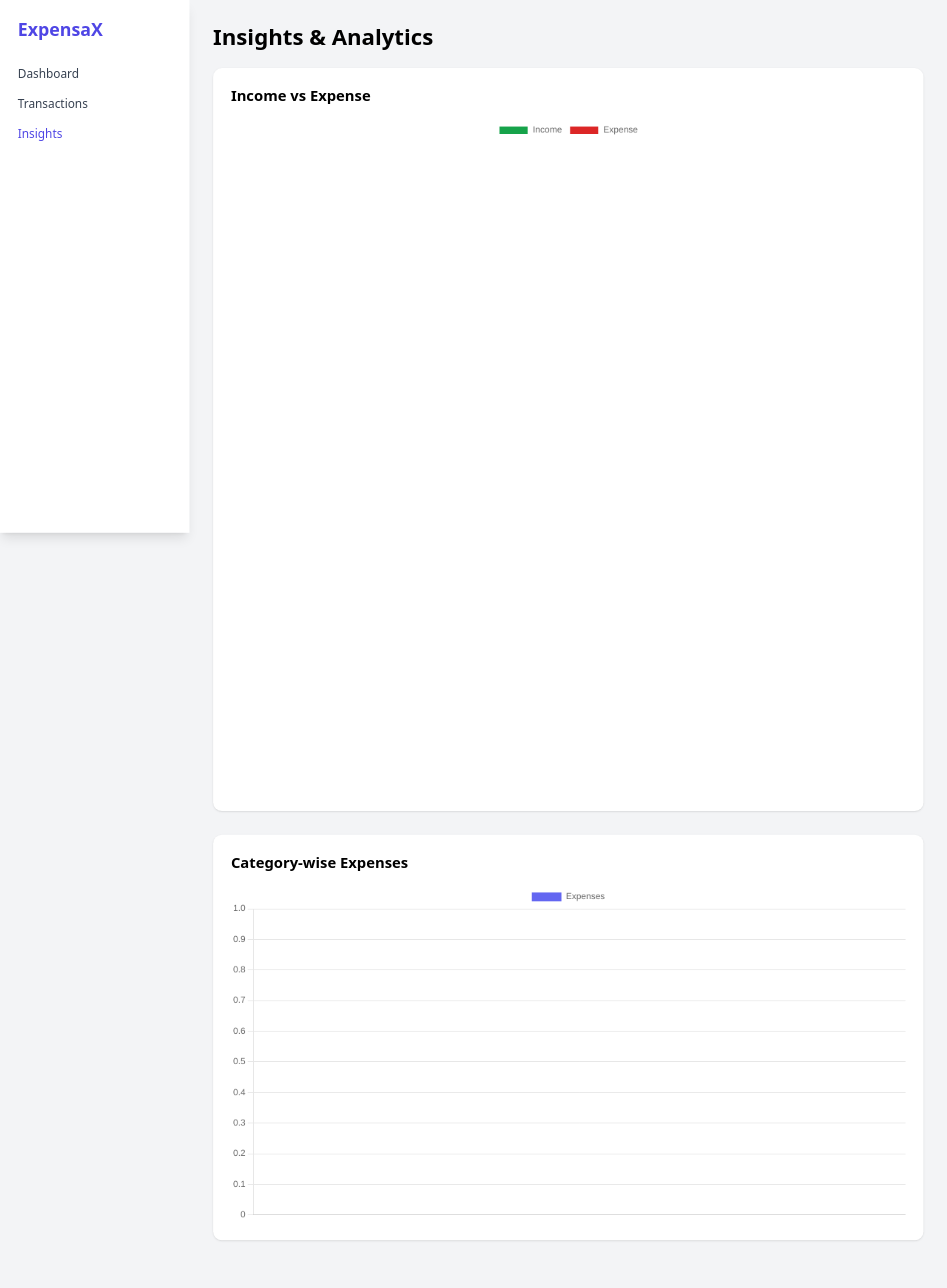
Repository: Shashank1-6/ExpensaX-Personal-Finance-Web-App
Page: frontend/insights.html
An editor plug-in stored every save of this project. The page is shown before and after the next save, followed by the edit.
The browser window is 1280 px wide. The pictures show the whole page, at 74% of full size.
The page's requests for data from a server got no answer. Some web libraries are served in a nearby version.

Above is the page before, as saved 2025-11-22 20:49:29.

### frontend/insights.html
<!DOCTYPE html>
<html lang="en">
<head>
  <meta charset="UTF-8">
  <meta name="viewport" content="width=device-width, initial-scale=1.0">
  <title>ExpensaX - Insights</title>

  <script src="https://cdn.tailwindcss.com"></script>
  <!-- Chart.js -->
  <script src="https://cdn.jsdelivr.net/npm/chart.js"></script>
</head>

<body class="bg-gray-100 flex">

  <!-- Sidebar -->
  <aside class="w-64 h-screen bg-white shadow-lg fixed left-0 top-0 p-6">
    <h2 class="text-2xl font-bold text-indigo-600 mb-8">ExpensaX</h2>

    <nav class="space-y-4">
      <a href="index.html" class="block font-medium text-gray-700 hover:text-indigo-600">Dashboard</a>
      <a href="transactions.html" class="block font-medium text-gray-700 hover:text-indigo-600">Transactions</a>
      <a href="insights.html" class="block font-medium text-indigo-600">Insights</a>
    </nav>
  </aside>

  <!-- Main Content -->
  <main class="ml-64 w-full p-8">
    <h1 class="text-3xl font-bold mb-6">Insights & Analytics</h1>

    <!-- Income vs Expense Pie -->
    <section class="bg-white p-6 rounded-xl shadow mb-8">
      <h2 class="text-xl font-semibold mb-4">Income vs Expense</h2>
      <canvas id="pieChart"></canvas>
    </section>

    <!-- Category bar chart -->
    <section class="bg-white p-6 rounded-xl shadow mb-8">
      <h2 class="text-xl font-semibold mb-4">Category-wise Expenses</h2>
      <canvas id="barChart"></canvas>
    </section>
  </main>

  <script type="module" src="js/api.js"></script>
  <script type="module" src="js/insights.js"></script>
</body>
</html>

### frontend/js/api.js
// api.js - central API helper

export const API_BASE_URL = "http://localhost:5000/api";

// GET /api/transactions
export async function fetchTransactions() {
  try {
    const res = await fetch(`${API_BASE_URL}/transactions`);
    return await res.json();
  } catch (err) {
    console.error("Error fetching transactions:", err);
    return [];
  }
}

// GET /api/transactions/stats
export async function fetchStats() {
  try {
    const res = await fetch(`${API_BASE_URL}/transactions/stats`);
    return await res.json();
  } catch (err) {
    console.error("Error fetching stats:", err);
    return { income: 0, expense: 0, balance: 0 };
  }
}

// POST /api/transactions
export async function addTransaction(data) {
  try {
    const res = await fetch(`${API_BASE_URL}/transactions`, {
      method: "POST",
      headers: { "Content-Type": "application/json" },
      body: JSON.stringify(data),
    });
    return await res.json();
  } catch (err) {
    console.error("Error adding transaction:", err);
  }
}

// DELETE /api/transactions/:id
export async function deleteTransaction(id) {
  try {
    await fetch(`${API_BASE_URL}/transactions/${id}`, {
      method: "DELETE",
    });
  } catch (err) {
    console.error("Error deleting transaction:", err);
  }
}

### frontend/js/insights.js
import { fetchStats, fetchTransactions } from "./api.js";

function createPieChart(income, expense) {
  const ctx = document.getElementById("pieChart");
  if (!ctx) return;

  new Chart(ctx, {
    type: "doughnut",
    data: {
      labels: ["Income", "Expense"],
      datasets: [{
        data: [income, expense],
        backgroundColor: ["#16A34A", "#DC2626"]
      }]
    }
  });
}

function createBarChart(categoriesObj) {
  const ctx = document.getElementById("barChart");
  if (!ctx) return;

  const labels = Object.keys(categoriesObj);
  const data = Object.values(categoriesObj);

  new Chart(ctx, {
    type: "bar",
    data: {
      labels,
      datasets: [{
        label: "Expenses",
        data,
        backgroundColor: "#6366F1"
      }]
    },
    options: {
      scales: {
        y: { beginAtZero: true }
      }
    }
  });
}

document.addEventListener("DOMContentLoaded", async () => {
  const stats = await fetchStats();
  const transactions = await fetchTransactions();

  // Pie chart
  createPieChart(stats.income || 0, stats.expense || 0);

  // Category expenses only (type = expense)
  const categories = {};
  transactions
    .filter(t => t.type === "expense")
    .forEach(t => {
      const cat = t.category || "Other";
      const amt = Number(t.amount) || 0;
      categories[cat] = (categories[cat] || 0) + amt;
    });

  createBarChart(categories);
});

After the next save:
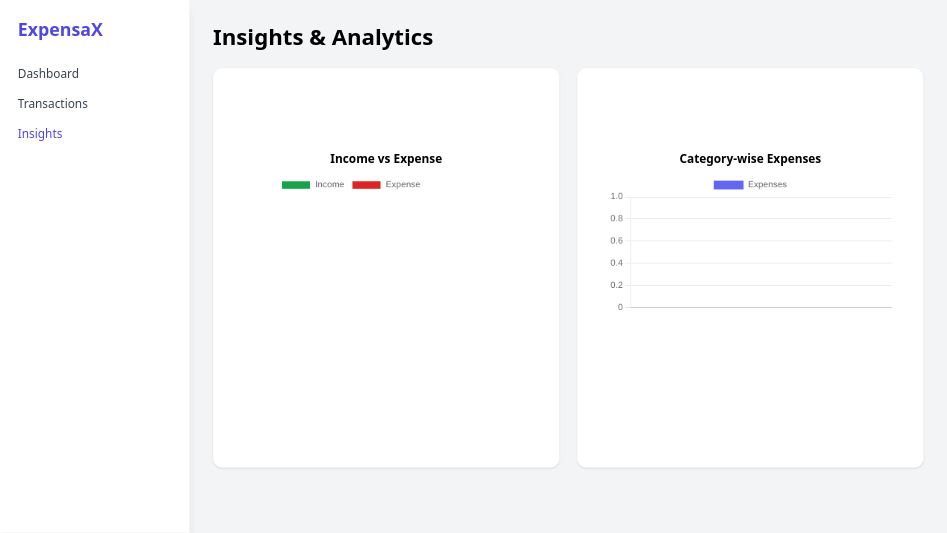
Saved 13 days later.
--- a/frontend/insights.html
+++ b/frontend/insights.html
@@ -27,17 +27,27 @@
   <main class="ml-64 w-full p-8">
     <h1 class="text-3xl font-bold mb-6">Insights & Analytics</h1>
 
-    <!-- Income vs Expense Pie -->
-    <section class="bg-white p-6 rounded-xl shadow mb-8">
-      <h2 class="text-xl font-semibold mb-4">Income vs Expense</h2>
+    <!-- Charts Grid (FIXED SIZE - No Scroll) -->
+<div class="grid grid-cols-1 md:grid-cols-2 gap-6 h-[75vh]">
+
+  <!-- Income vs Expense -->
+  <div class="bg-white p-4 rounded-xl shadow flex flex-col items-center justify-center">
+    <h2 class="font-semibold mb-2">Income vs Expense</h2>
+    <div class="w-full max-w-sm h-72">
       <canvas id="pieChart"></canvas>
-    </section>
+    </div>
+  </div>
 
-    <!-- Category bar chart -->
-    <section class="bg-white p-6 rounded-xl shadow mb-8">
-      <h2 class="text-xl font-semibold mb-4">Category-wise Expenses</h2>
+  <!-- Category-wise Expenses -->
+  <div class="bg-white p-4 rounded-xl shadow flex flex-col items-center justify-center">
+    <h2 class="font-semibold mb-2">Category-wise Expenses</h2>
+    <div class="w-full max-w-sm h-72">
       <canvas id="barChart"></canvas>
-    </section>
+    </div>
+  </div>
+
+</div>
+
   </main>
 
   <script type="module" src="js/api.js"></script>
